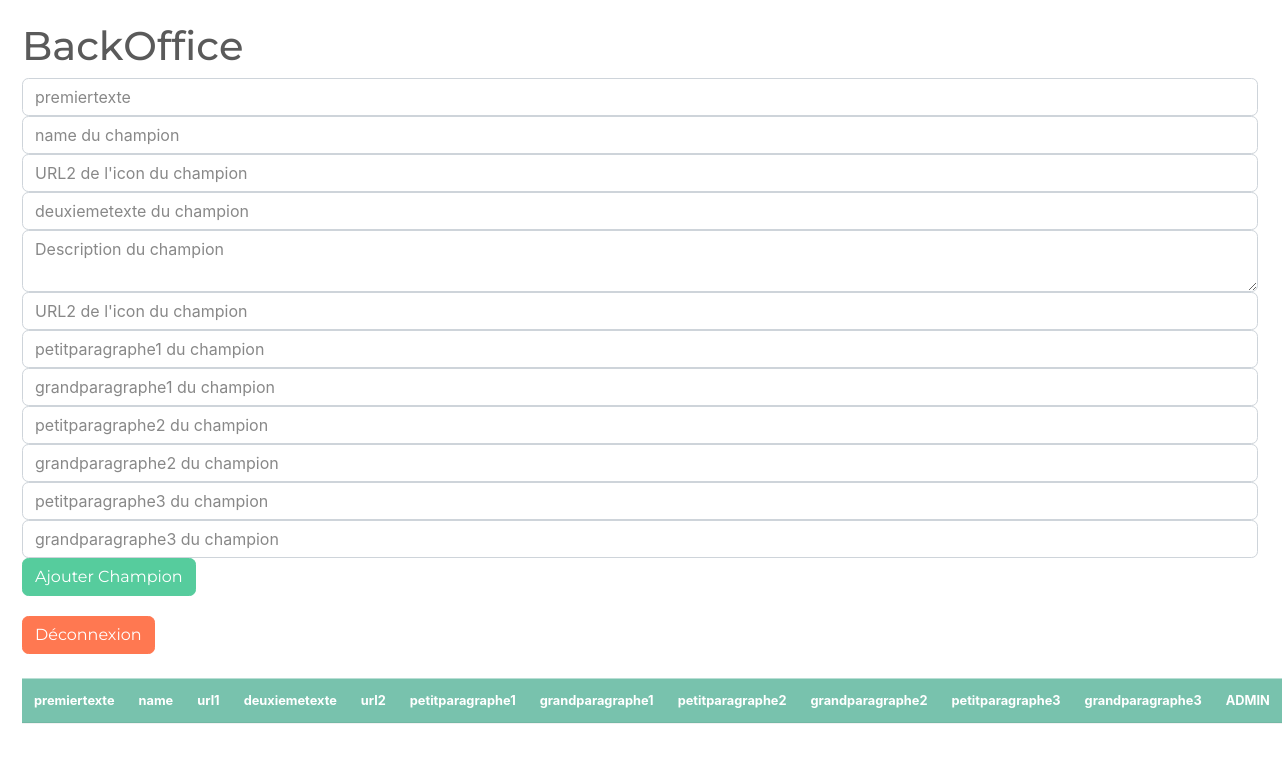
Repository: AdilGHAZAL/MosaiqueWebdoc
Page: /backoffice
These files come from the project's save history. The page is drawn as it stood at one moment and after the next save; the edit follows.
The browser window is 1280 px wide. The page is 1282 px wide, so the pictures cover 1282 px, including what lies to the right of the window. The pictures show the whole page.
The page's requests for data from a server got no answer. Some web fonts or font styles are not loaded; a fallback is used. Some web libraries are served in a nearby version. The project was rebuilt for these pictures with package versions that can differ from the ones it lists, and the page was loaded fresh each time. No one was signed in, and anything a server would have sent is missing. Also part of the build but not shown: vite.config.js, src/App.css, src/components/Navbar.css, src/components/Navbar.jsx, src/components/Athletes.css, src/components/Athletes.jsx, src/components/Athletes2.jsx, src/components/Athletes3.jsx and 18 more.

Above is the page before, as saved 2024-05-02 19:03:44.

After the next save:
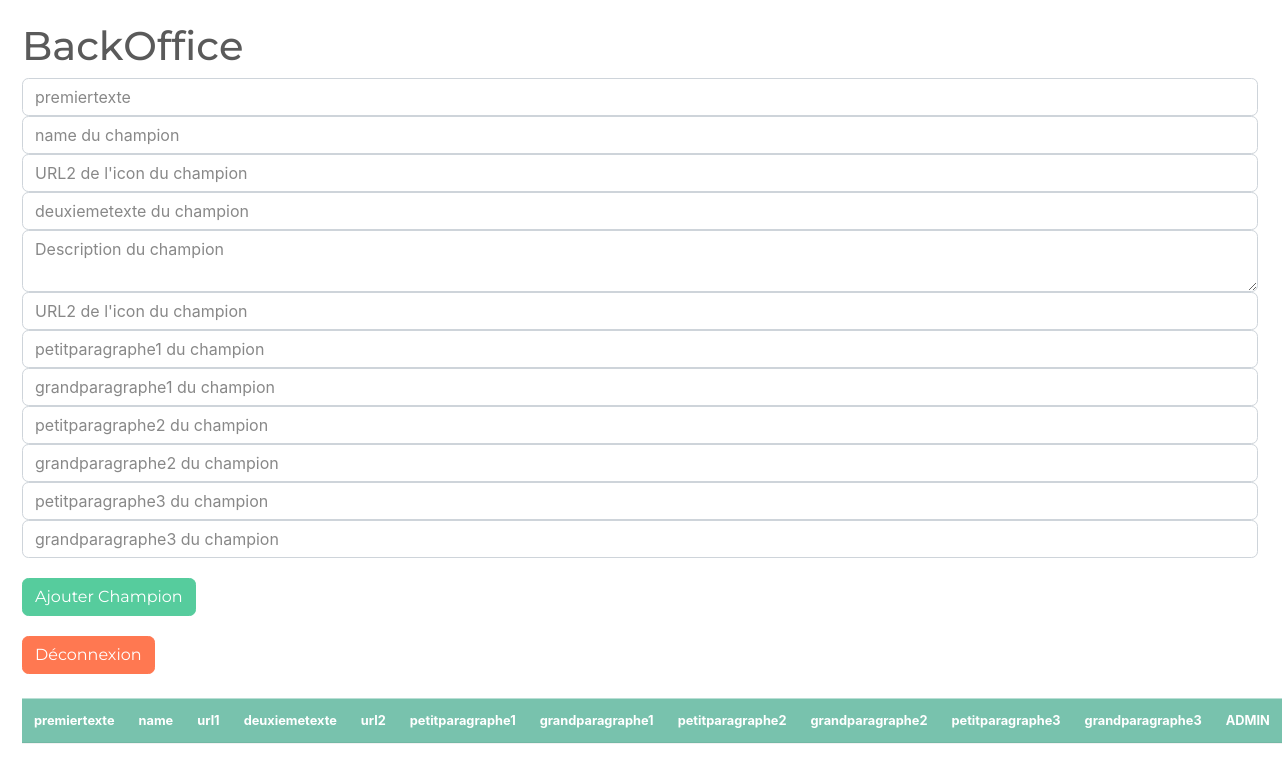
Saved 24 s later.
--- a/src/backoffice.jsx
+++ b/src/backoffice.jsx
@@ -174,7 +174,7 @@ export default function MainView() {
         <input className='form-control' type="text" name="petitparagraphe2" value={championData.petitparagraphe2} onChange={handleInputChange} placeholder="petitparagraphe2 du champion" required />
         <input className='form-control' type="text" name="grandparagraphe2" value={championData.grandparagraphe2} onChange={handleInputChange} placeholder="grandparagraphe2 du champion" required />
         <input className='form-control' type="text" name="petitparagraphe3" value={championData.petitparagraphe3} onChange={handleInputChange} placeholder="petitparagraphe3 du champion" required />
-        <input className='form-control' type="text" name="grandparagraphe3" value={championData.grandparagraphe3} onChange={handleInputChange} placeholder="grandparagraphe3 du champion" required />
+        <input style={{marginBottom:"20px"}} className='form-control' type="text" name="grandparagraphe3" value={championData.grandparagraphe3} onChange={handleInputChange} placeholder="grandparagraphe3 du champion" required />
         <button className='btn btn-success' type="submit">{editingChampionId ? "Mettre à jour Champion" : "Ajouter Champion"}</button>
       </form>
       <button className='btn btn-danger' title='Déconnexion' onClick={handleSignOut}>Déconnexion</button>
